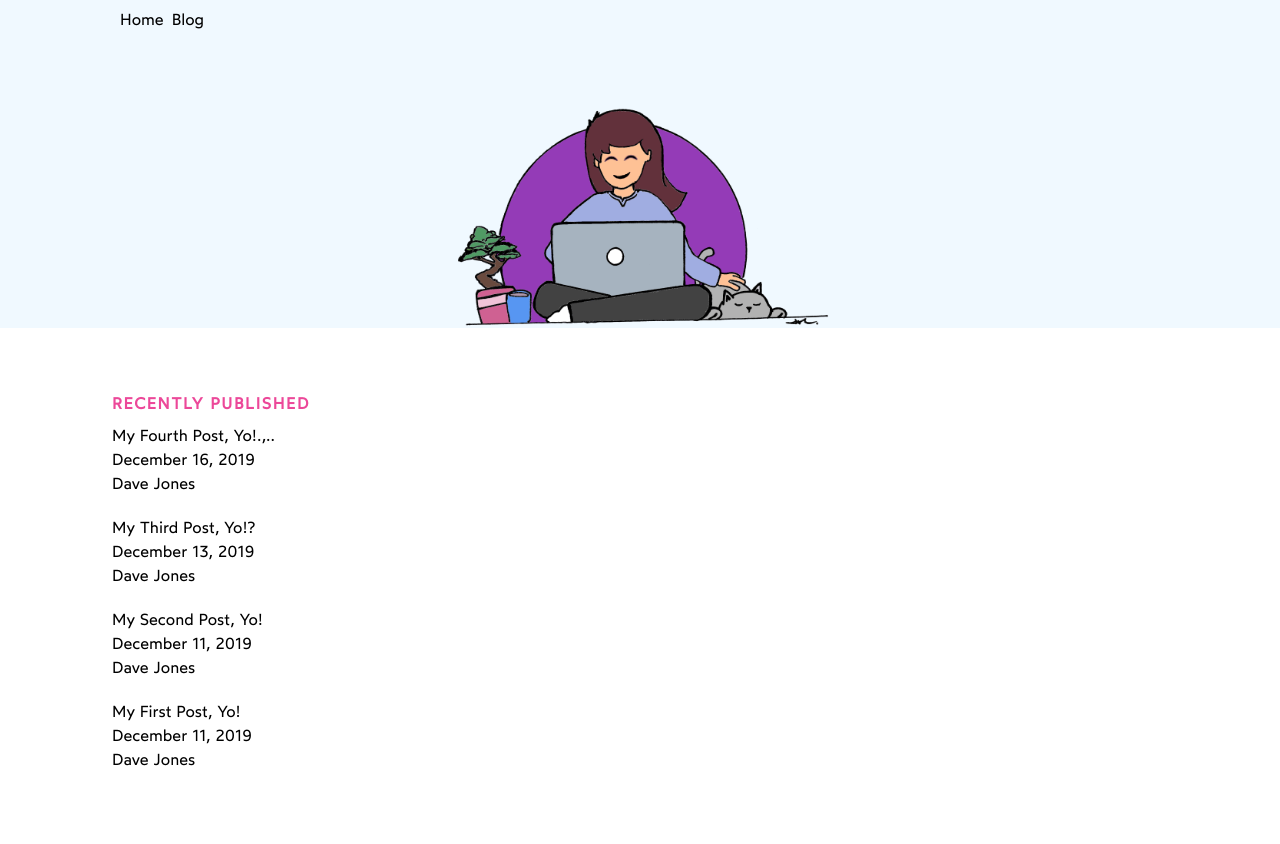
Repository: Risclover/markdown-blog
Page: /
The author's editor kept a copy of each file at every save. The page is drawn from the files as they stood at one save, then again after the next save.
The browser window is 1280 px wide. The pictures show the whole page.
The project was rebuilt for these pictures with package versions that can differ from the ones it lists, and the page was loaded fresh each time.

Above is the page before, as saved 2023-06-28 14:31:45.

After the next save:
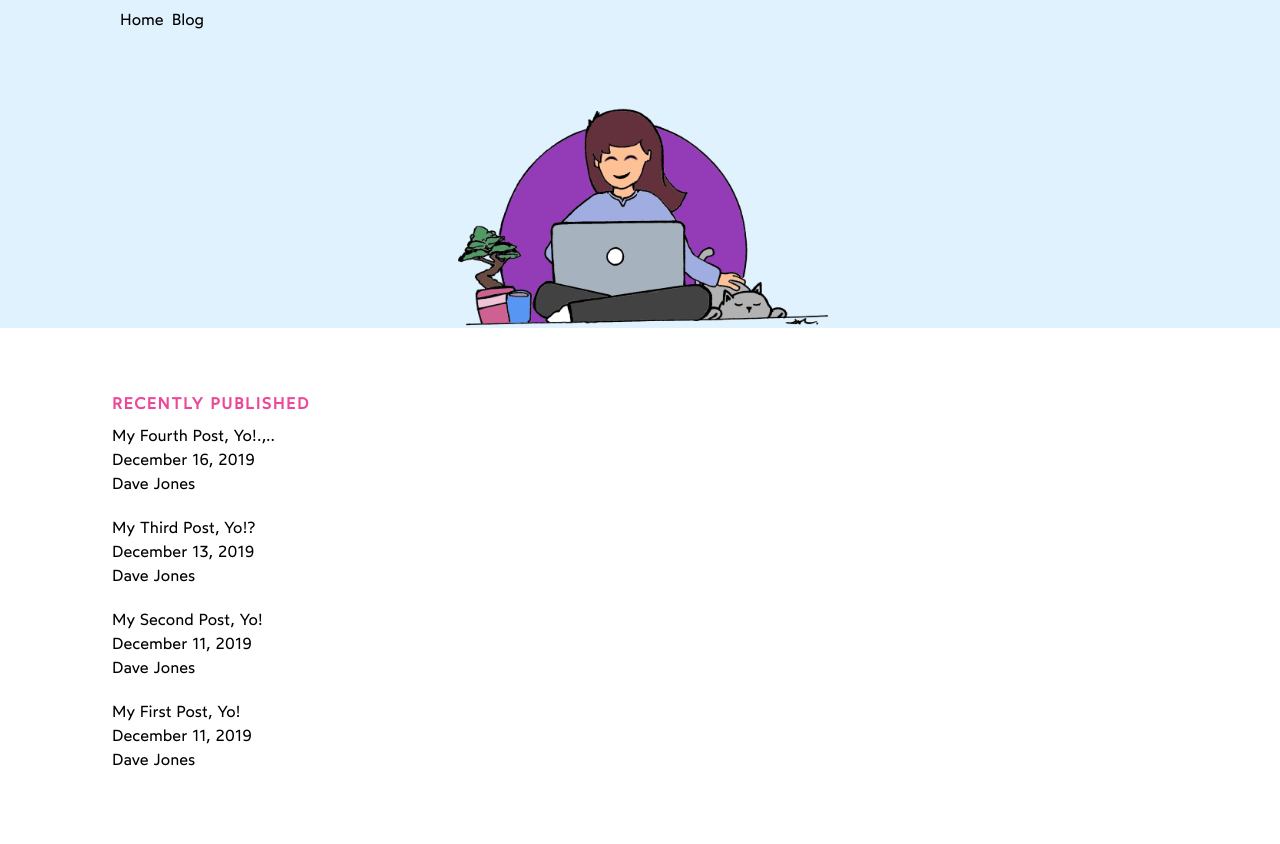
Saved 9 s later.
--- a/src/components/Header.js
+++ b/src/components/Header.js
@@ -2,7 +2,7 @@ import React from "react";
 
 export default function Header({ children }) {
   return (
-    <header className="w-full bg-sky-50 flex flex-col">
+    <header className="w-full bg-sky-100 flex flex-col">
       <div className="max-w-6xl px-12 w-full mx-auto">{children}</div>
     </header>
   );
